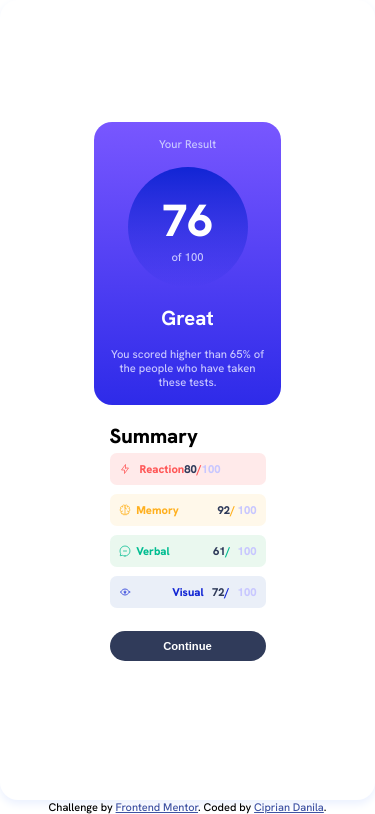
Repository: cipdanila/results-summary-component
Page: index.html
An editor plug-in stored every save of this project. The page is shown before and after the next save, followed by the edit.
The browser window is 375 px wide. The pictures show the whole page.

Above is the page before, as saved 2024-02-05 20:22:55.

### index.html
<!DOCTYPE html>
<html lang="en">
    <head>
        <meta charset="UTF-8" />
        <meta name="viewport" content="width=device-width, initial-scale=1.0" />
        <!-- displays site properly based on user's device -->

        <link rel="icon" type="image/png" sizes="32x32" href="./assets/images/favicon-32x32.png" />
        <link rel="stylesheet" href="styles.css" />
        <title>Frontend Mentor | Results summary component</title>
    </head>
    <body>
        <main>
            <div class="card">
                <div class="result">
                    <p id="result-title">Your Result</p>
                    <div class="score-circle">
                        <div class="big-num">76</div>
                        <div class="small-text">of 100</div>
                    </div>
                    <h4>Great</h4>
                    <p>You scored higher than 65% of the people who have taken these tests.</p>
                </div>
                <div class="summary">
                    <p id="summary">Summary</p>
                    <div class="reaction">
                        <img src="./assets/images/icon-reaction.svg" alt="raction icon" />
                        <p>Reaction <span class="percent">80</span>/<span class="hundred">100</span></p>
                    </div>
                    <div class="memory">
                        <img src="./assets/images/icon-memory.svg" alt="memory icon" />
                        <p>Memory</p> <span class="percent">92</span> / <span class="hundred">100</span>
                    </div>
                    <div class="verbal">
                        <img src="./assets/images/icon-verbal.svg" alt="verbal icon" />
                        <p>Verbal</p> <span class="percent">61</span> / <span class="hundred">100</span>
                    </div>
                    <div class="visual">
                        <img src="./assets/images/icon-visual.svg" alt="visual icon" />
                        <p></p>Visual <span class="percent">72</span> / <span class="hundred">100</span>
                    </div>
                    <button class="continue" type="button">Continue</button>
                </div>
            </div>
        </main>

        <footer>
            <div class="attribution">
                Challenge by
                <a
                    href="https://www.frontendmentor.io/challenges/results-summary-component-CE_K6s0maV/hub"
                    target="_blank"
                    rel="noopener noreferer"
                    >Frontend Mentor</a
                >. Coded by <a href="https://github.com/cipdanila" target="_blank" rel="noopener noreferer">Ciprian Danila</a>.
            </div>
        </footer>
    </body>
</html>

### styles.css
@import url("https://fonts.googleapis.com/css2?family=Hanken+Grotesk:wght@500;700;800&display=swap");

:root {
    /* Colors */
    /* Primary */
    --light-red: hsl(0, 100%, 67%);
    --orange-yellow: hsl(39, 100%, 56%);
    --green-teal: hsl(166, 100%, 37%);
    --cobalt-blue: hsl(234, 85%, 45%);
    /* Gradients */
    --light-slate-blue: hsl(252, 100%, 67%); /*  (background) */
    --light-royal-blue: hsl(241, 81%, 54%); /* (background) */

    --violet-blue: hsla(256, 72%, 46%, 1); /* (circle) */
    --persian-blue: hsla(241, 72%, 46%, 0); /* (circle) */
    /* Neutral */
    --white: hsl(0, 0%, 100%);
    --pale-blue: hsl(221, 100%, 96%);
    --light-lavender: hsl(241, 100%, 89%);
    --dark-gray-blue: hsl(224, 30%, 27%);
}

*,
*::after,
*::before {
    margin: 0;
    padding: 0;
    box-sizing: border-box;
}

body,
html {
    height: 100%;
    font-family: "Hanken Grotesk", sans-serif;
    font-size: 1.125rem; /* 18px */
    font-weight: 300;
    background-color: var(--white);
}

main {
    display: flex;
    justify-content: center;
    align-items: center;
    height: 100%;
}

.card {
    max-width: 375px;
    border-radius: 1rem;
    box-shadow: 0 4px 8px 0 var(--pale-blue);
    display: flex;
    justify-content: center;
    align-items: center;
    background-color: var(--white);
}

.result {
    width: 50%;
    display: flex;
    flex-direction: column;
    justify-content: center;
    align-items: center;
    background: linear-gradient(to bottom, var(--light-slate-blue) 0%, var(--light-royal-blue) 100%);
    color: var(--white);
    border-radius: 1rem;
}

.title {
    padding: 1.25rem;
    font-weight: 800;
    font-size: 0.75rem;
}

.result .title {
    color: var(--light-lavender);
}

.score-circle {
    width: 120px;
    height: 120px;
    border-radius: 50%;
    background: linear-gradient(to bottom, var(--cobalt-blue) 0%, var(--persian-blue) 100%);
    display: flex;
    flex-direction: column;
    justify-content: center;
    align-items: center;
}

.big-num {
    font-size: 2.5rem;
    font-weight: 800;
}

.small-text {
    font-size: 0.625rem;
    color: var(--light-lavender);
}

.result h4 {
    padding-top: 1rem;
}

.result p {
    font-size: 0.625rem;
    color: var(--light-lavender);
    padding: 0.875rem;
    text-align: center;
}

.summary {
    width: 50%;
    height: auto;
    display: flex;
    flex-direction: column;
    justify-content: center;
    padding: 1rem 0.875rem 0 0.875rem;
    font-weight: 800;
}

.summary .title {
    padding: 0 0 1rem 0;
    font-size: 0.75rem;
    font-weight: 800;
    color: var(--dark-gray-blue);
}

.summary div {
    width: 100%;
    padding: 0.5rem;
    margin: 0.25rem 0;
    font-size: 0.625rem;
    display: flex;
    justify-content: space-between;
    align-items: center;
    border-radius: 0.375rem;
}

.summary div img {
    margin-right: 0.313rem;
    width: 12px;
}

.summary div p {
    display: flex;
    justify-content: flex-start;
    align-items: center;
    padding-right: 2rem;
}

.summary div span {
    margin-left: auto;
}

.summary .percent {
    color: var(--dark-gray-blue);
}

.summary .hundred {
    color: var(--light-lavender);
}

.summary .reaction {
    background-color: rgba(255, 51, 51, 0.1);
    color: var(--light-red);
}

.summary .memory {
    background-color: rgba(255, 187, 51, 0.1);
    color: var(--orange-yellow);
}

.summary .verbal {
    background-color: rgba(51, 187, 102, 0.1);
    color: var(--green-teal);
}

.summary .visual {
    background-color: rgba(51, 102, 187, 0.1);
    color: var(--cobalt-blue);
    border-radius: 0.375rem;
}

button {
    width: 100%;
    padding: 0.5rem;
    margin: 1rem auto;
    display: flex;
    justify-content: center;
    align-items: center;
    color: var(--white);
    background-color: var(--dark-gray-blue);
    font-size: 0.625rem;
    font-weight: 700;
    border-radius: 1rem;
    border: none;
    cursor: pointer;
}

button:hover {
    background: linear-gradient(to bottom, var(--light-slate-blue) 0%, var(--light-royal-blue) 100%);
}

.attribution {
    font-size: 11px;
    text-align: center;
}

.attribution a {
    color: hsl(228, 45%, 44%);
}

@media(max-width:375px) {
    .card {
        min-height: 100vh;
        display: flex;
        flex-direction: column;
    }
}

After the next save:
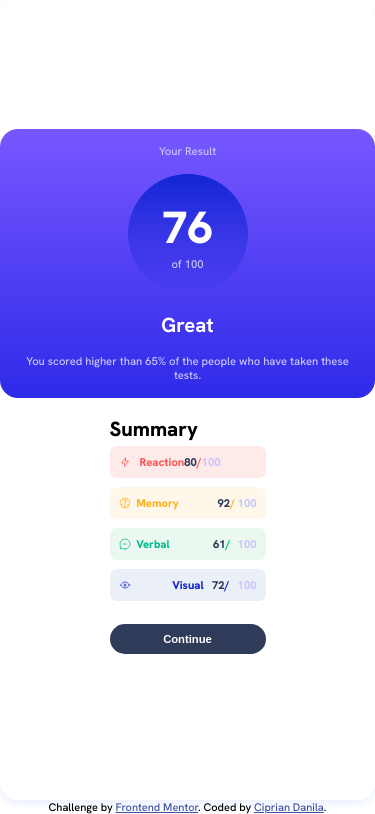
Saved 30 s later.
--- a/styles.css
+++ b/styles.css
@@ -215,4 +215,8 @@
         display: flex;
         flex-direction: column;
     }
-}
+
+    .result {
+        width: auto;
+    }
+}
